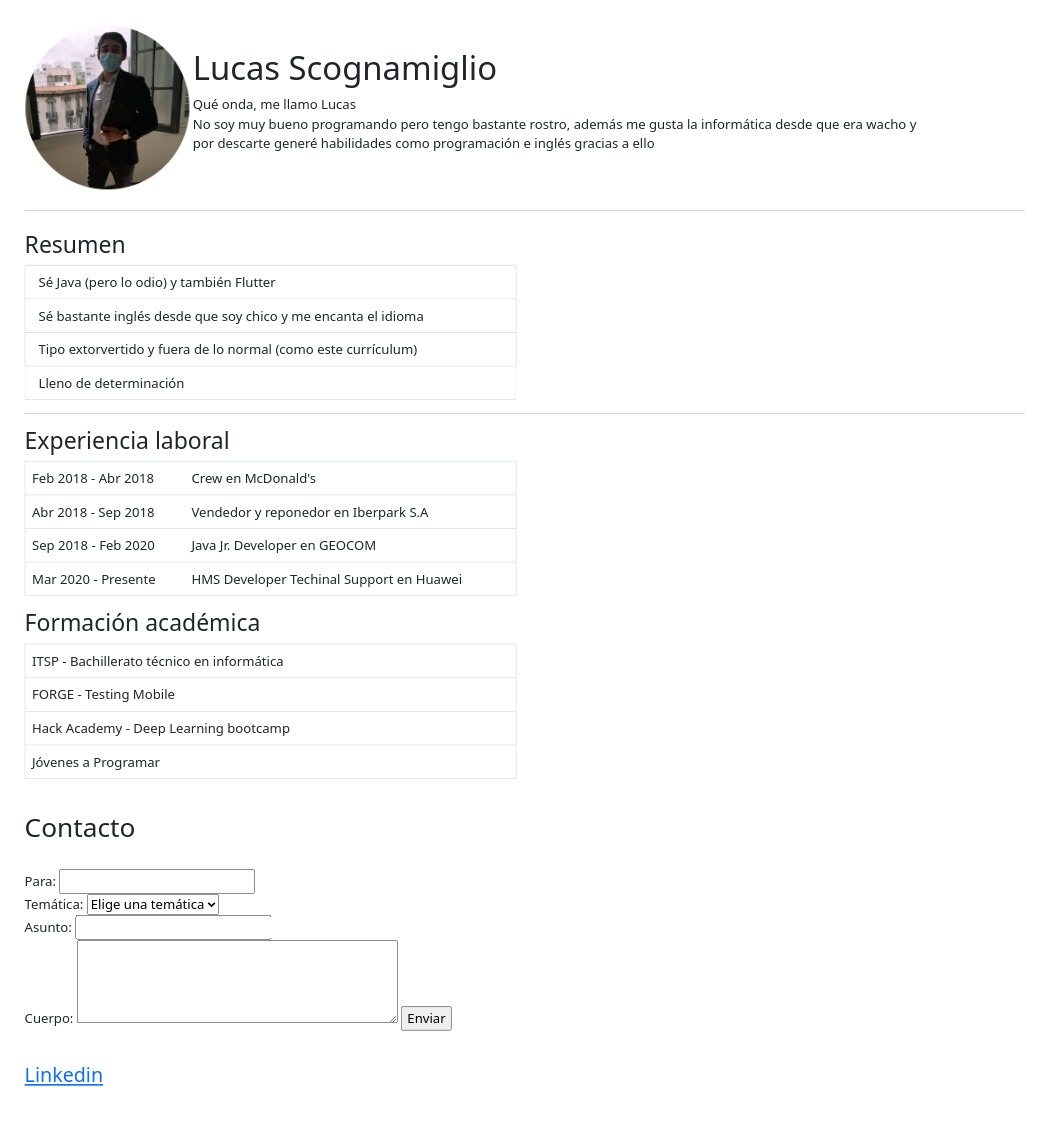
Repository: ScoggoDev/DesarrolloWeb
Page: tarea en equipo 1/CV/cv.html
An editor plug-in stored every save of this project. The page is shown before and after the next save, followed by the edit.
The browser window is 1280 px wide. The pictures show the whole page, at 82% of full size.

Above is the page before, as saved 2021-07-15 16:37:38.

After the next save:
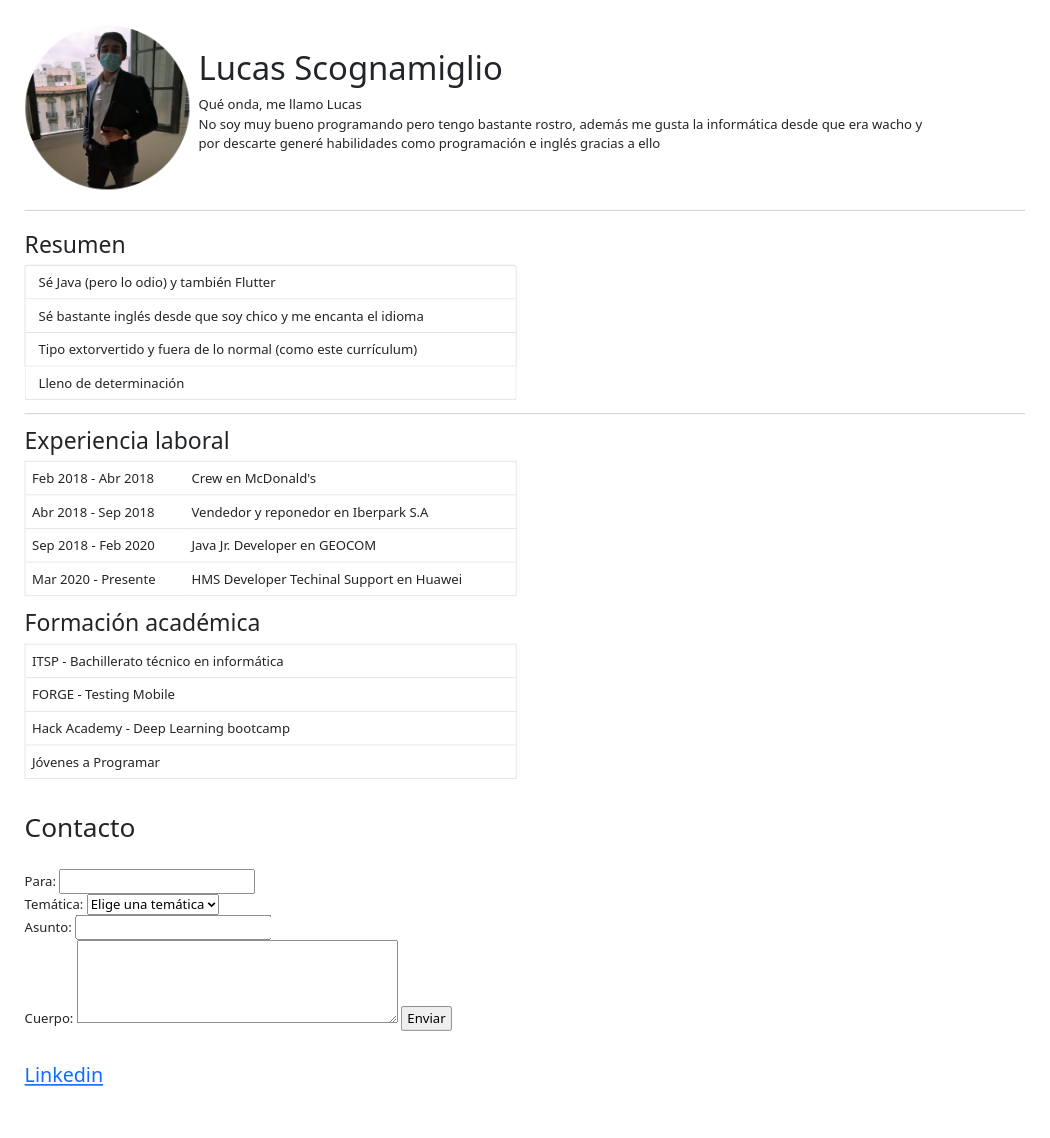
Saved 32 s later.
--- a/tarea en equipo 1/CV/cv.html
+++ b/tarea en equipo 1/CV/cv.html
@@ -9,8 +9,8 @@
   <body style="margin: 30px;">
     <table >
       <td><img src="../circle-cropped.png" alt="Lucas Scognamiglio" width="200" height="200"></td>
-      <td>           </td>
-      <td>    <h1>Lucas Scognamiglio</h1>
+
+      <td style="padding-left: 10px;"><h1>Lucas Scognamiglio</h1>
           <p>Qué onda, me llamo Lucas<br> No soy muy bueno programando pero tengo bastante rostro, además me gusta la informática desde que era wacho y <br>por descarte generé habilidades como programación e inglés gracias a ello <br> </p></td>
     </table>
 
